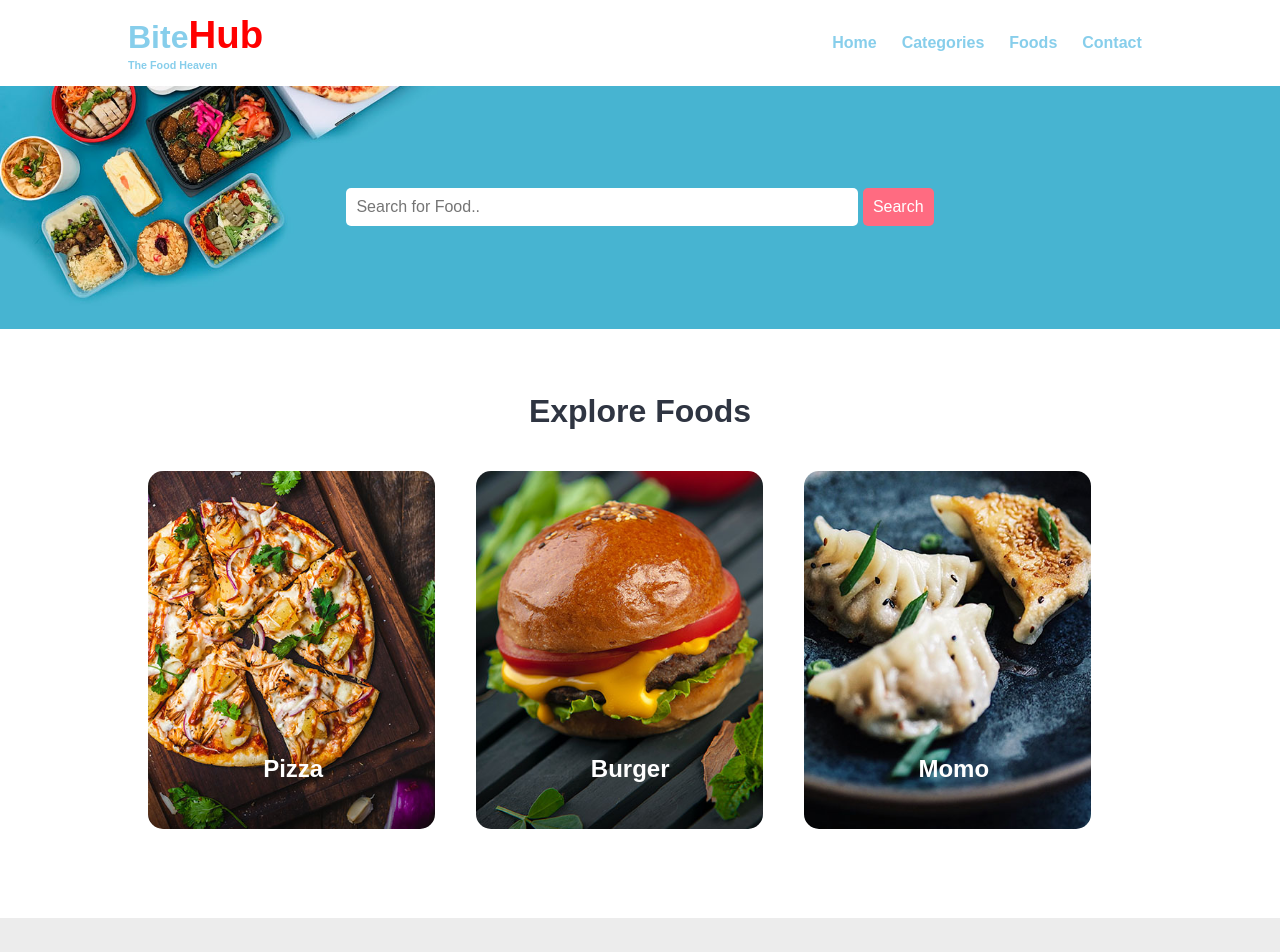
Repository: Saviour-Dagadu/food-order-front
Page: index.html
The author's editor kept a copy of each file at every save. The page is drawn from the files as they stood at one save, then again after the next save.
The browser window is 1280 px wide. The pictures show the part of the page from y = 0 to 952 px (the page is 2170 px tall).
A picture or video elsewhere on the page could not be fetched, so the positions and the page height are approximate.

Above is the page before, as saved 2024-05-16 11:22:31.

### index.html
<!DOCTYPE html>
<html lang="en">
<head>
    <meta charset="UTF-8">
    <!-- Important to make website responsive -->
    <meta name="viewport" content="width=device-width, initial-scale=1.0">
    <title>Restaurant Website</title>

    <!-- Link our CSS file -->
    <link rel="stylesheet" href="css/style.css">
</head>

<body>
    <!-- Navbar Section Starts Here -->
    <section class="navbar">
        <div class="container">
            <div class="logo">
                <a href="#" title="Logo">
                    <h2>Bite<span>Hub</span></h2><h6><span>The Food Heaven</span></h6>
                    <!-- <img src="images/logo.png" alt="Restaurant Logo" class="img-responsive"> -->
                </a>
            </div>

            <div class="menu text-right">
                <ul>
                    <li>
                        <a href="index.html">Home</a>
                    </li>
                    <li>
                        <a href="categories.html">Categories</a>
                    </li>
                    <li>
                        <a href="foods.html">Foods</a>
                    </li>
                    <li>
                        <a href="contact.html">Contact</a>
                    </li>
                </ul>
            </div>

            <div class="clearfix"></div>
        </div>
    </section>
    <!-- Navbar Section Ends Here -->

    <!-- fOOD sEARCH Section Starts Here -->
    <section class="food-search text-center">
        <div class="container">

            <form action="underConstruction.html" method="POST">
                <input type="search" name="search" placeholder="Search for Food.." required>
                <input type="submit" name="submit" value="Search" class="btn btn-primary">
            </form>

        </div>
    </section>
    <!-- fOOD sEARCH Section Ends Here -->

    <!-- CAtegories Section Starts Here -->
    <section class="categories">
        <div class="container">
            <h2 class="text-center">Explore Foods</h2>

            <a href="category-foods.html">
            <div class="box-3 float-container">
                <img src="images/pizza.jpg" alt="Pizza" class="img-responsive img-curve">

                <h3 class="float-text text-white">Pizza</h3>
            </div>
            </a>

            <a href="#">
            <div class="box-3 float-container">
                <img src="images/burger.jpg" alt="Burger" class="img-responsive img-curve">

                <h3 class="float-text text-white">Burger</h3>
            </div>
            </a>

            <a href="#">
            <div class="box-3 float-container">
                <img src="images/momo.jpg" alt="Momo" class="img-responsive img-curve">

                <h3 class="float-text text-white">Momo</h3>
            </div>
            </a>

            <div class="clearfix"></div>
        </div>
    </section>
    <!-- Categories Section Ends Here -->

    <!-- fOOD MEnu Section Starts Here -->
    <section class="food-menu">
        <div class="container">
            <h2 class="text-center">Food Menu</h2>

            <div class="food-menu-box">
                <div class="food-menu-img">
                    <img src="images/menu-pizza.jpg" alt="Chicke Hawain Pizza" class="img-responsive img-curve">
                </div>

                <div class="food-menu-desc">
                    <h4>Pizza</h4>
                    <p class="food-price">Ghc 50</p>
                    <p class="food-detail">
                        Made with Italian Sauce, Chicken, and organice vegetables.
                    </p>
                    <br>

                    <a href="order.html" class="btn btn-primary">Order Now</a>
                </div>
            </div>

            <div class="food-menu-box">
                <div class="food-menu-img">
                    <img src="images/menu-burger.jpg" alt="Chicke Hawain Pizza" class="img-responsive img-curve">
                </div>

                <div class="food-menu-desc">
                    <h4>Smoky Burger</h4>
                    <p class="food-price">Ghc 20</p>
                    <p class="food-detail">
                        Made with Italian Sauce, Chicken, and organice vegetables.
                    </p>
                    <br>

                    <a href="order.html" class="btn btn-primary">Order Now</a>
                </div>
            </div>

            <div class="food-menu-box">
                <div class="food-menu-img">
                    <img src="images/menu-burger.jpg" alt="Chicke Hawain Burger" class="img-responsive img-curve">
                </div>

                <div class="food-menu-desc">
                    <h4>Nice Burger</h4>
                    <p class="food-price">Ghc 20</p>
                    <p class="food-detail">
                        Made with Italian Sauce, Chicken, and organize vegetables.
                    </p>
                    <br>

                    <a href="order.html" class="btn btn-primary">Order Now</a>
                </div>
            </div>



            <!-- <div class="food-menu-box">
                <div class="food-menu-img">
                    <img src="images/menu-pizza.jpg" alt="Chicke Hawain Pizza" class="img-responsive img-curve">
                </div>

                <div class="food-menu-desc">
                    <h4>Food Title</h4>
                    <p class="food-price">$2.3</p>
                    <p class="food-detail">
                        Made with Italian Sauce, Chicken, and organice vegetables.
                    </p>
                    <br>

                    <a href="order.html" class="btn btn-primary">Order Now</a>
                </div>
            </div> -->

            <div class="food-menu-box">
                <div class="food-menu-img">
                    <img src="images/menu-momo.jpg" alt="Chicke Hawain Momo" class="img-responsive img-curve">
                </div>

                <div class="food-menu-desc">
                    <h4>Chicken Steam Momo</h4>
                    <p class="food-price">Ghc 50</p>
                    <p class="food-detail">
                        Made with Italian Sauce, Chicken, and organice vegetables.
                    </p>
                    <br>

                    <a href="order.html" class="btn btn-primary">Order Now</a>
                </div>
            </div>


            <div class="clearfix"></div>



        </div>

        <p class="text-center">
            <a href="#">See All Foods</a>
        </p>
    </section>
    <!-- fOOD Menu Section Ends Here -->

    <!-- social Section Starts Here -->
<section class="social">
	<div class="container text-center">
		<ul>
			<li>
				<a href="https://www.facebook.com/saviou/"><img src="https://img.icons8.com/fluent/50/000000/facebook-new.png"/></a>
			</li>
			<li>
				<a href="https://www.instagram.com/saviour_dagadu/"><img src="https://img.icons8.com/fluent/48/000000/instagram-new.png"/></a>
			</li>
			<li>
				<a href="https://twitter.com/savicode"><img src="https://img.icons8.com/fluent/48/000000/twitter.png"/></a>
			</li>
		</ul>
	</div>
</section>
<!-- social Section Ends Here -->

<!-- footer Section Starts Here -->
<section class="footer">
	<div class="container text-center">
		<p>All rights reserved. Designed By <a href="https://saviourdagadu.netlify.app/">@savicode</a></p>
	</div>
</section>
<!-- footer Section Ends Here -->

</body>
</html>

### css/style.css
/*
    Author: Vijay Thapa;
    Theme: Restaurant Food Order;
    version: 1.0;
*/

/* CSS for All */
*{
    margin: 0 0;
    padding: 0 0;
    font-family: Arial, Helvetica, sans-serif;
}
.container{
    width: 80%;
    margin: 0 auto;
    padding: 1%;
}
.img-responsive{
    width: 100%;
}
.img-curve{
    border-radius: 15px;
}

.text-right{
    text-align: right;
}
.text-center{
    text-align: center;
}
.text-left{
    text-align: left;
}
.text-white{
    color: white;
}

.clearfix{
    clear: both;
    float: none;
}

a{
    color: skyblue;
    text-decoration: none;
}
a:hover{
    color: #ff4757;
}

.btn{
    padding: 1%;
    border: none;
    font-size: 1rem;
    border-radius: 5px;
}
.btn-primary{
    background-color: #ff6b81;
    color: white;
    cursor: pointer;
}
.btn-primary:hover{
    color: white;
    background-color: #ff4757;
}
h2{
    color: #2f3542;
    font-size: 2rem;
    margin-bottom: 2%;
}
h3{
    font-size: 1.5rem;
}
.float-container{
    position: relative;
}
.float-text{
    position: absolute;
    bottom: 50px;
    left: 40%;
}
fieldset{
    border: 1px solid white;
    margin: 5%;
    padding: 3%;
    border-radius: 5px;
}


/* CSSS for navbar section */

.logo{
    width: 10%;
    float: left;
}
.logo h2{
    color: skyblue;
}
.logo h2 span{
    color: red;
    font-size: larger;
    font-weight:bolder;
}
.menu{
    line-height: 60px;
}
.menu ul{
    list-style-type: none;
}

.menu ul li{
    display: inline;
    padding: 1%;
    font-weight: bold;
}


/* CSS for Food SEarch Section */

.food-search{
    background-image: url(../images/bg.jpg);
    background-size: cover;
    background-repeat: no-repeat;
    background-position: center;
    padding: 7% 0;
}

.food-search input[type="search"]{
    width: 50%;
    padding: 1%;
    font-size: 1rem;
    border: none;
    border-radius: 5px;
}


/* CSS for Categories */
.categories{
    padding: 4% 0;
}

.box-3{
    width: 28%;
    float: left;
    margin: 2%;
}


/* CSS for Food Menu */
.food-menu{
    background-color: #ececec;
    padding: 4% 0;
}
.food-menu-box{
    width: 43%;
    margin: 1%;
    padding: 2%;
    float: left;
    background-color: white;
    border-radius: 15px;
}

.food-menu-img{
    width: 20%;
    float: left;
}

.food-menu-desc{
    width: 70%;
    float: left;
    margin-left: 8%;
}

.food-price{
    font-size: 1.2rem;
    margin: 2% 0;
}
.food-detail{
    font-size: 1rem;
    color: #747d8c;
}


/* CSS for Social */
.social ul{
    list-style-type: none;
}
.social ul li{
    display: inline;
    padding: 1%;
}

/* for Order Section */
.order{
    width: 50%;
    margin: 0 auto;
}
.input-responsive{
    width: 96%;
    padding: 1%;
    margin-bottom: 3%;
    border: none;
    border-radius: 5px;
    font-size: 1rem;
}
.order-label{
    margin-bottom: 1%;
    font-weight: bold;
}

/* Contact Section*/

#info{
    padding: 30px 0;
}

#info .container{
     display: flex;
}

#info .info{
    width: 28%;
    height: 300px;
    border-radius: 10px;
    overflow: hidden;

}

#info .info-text{
    border: 1px solid lightgray;
    padding: 10px;
}

#info .info-text h4{
    margin: 5px;
}

#info .info-text .info-text-call{
    margin-bottom: 20px;
}

#info .info-image{
margin-right: 10px;
overflow: hidden;
box-shadow: 0 0 5px #333;
transform: scale (1.04);
transition: all .4s ease-in-out;
}

#info .info-image:hover{
transform: translateY(-15px) scale(1.1);
box-shadow: 0 0 10px #333;
}
#info .info-image img{
max-width: 100%;
height: auto
}

#info .info-image:hover .info-image img{
opacity: 1;
}

       /* message Section */
#message{
    padding: 30px 0;
    background-color: lightgray;
}

#message .message-top{
    text-align: center;
    margin-bottom: 20px;
}

#message .message-top h3{
    text-transform: uppercase;
    margin: 0;
}

#message .message-top h3::after{
    content: "";
    display: block;
    width: 50px;
    height: 3px;
    background-color: gray;
    margin: 10px auto 0;
}

#message .message-bottom{
    color: black;
}

#message .message-bottom label{
    display: block;
    font-size: 17px;
    font-weight: 500;
    margin-bottom: 5px;
}

#message .message-bottom .form-group{
    margin-bottom: 10px;
}

#message .message-bottom .input{
    display: block;
    height: 40px;
    border-radius: 5px;
    border: 1px solid brown;
    padding-left: 10px;
    padding-right: 10px;
    width: 100%;
    font-size: 15px;
    font-family: 'Segoe UI', Tahoma, Geneva, Verdana, Sans-serif;
}

#message .message-bottom input,
#message .message-bottom textarea,
#message .message-bottom button{
    outline: none;
}

#message  textarea{
    width: 100%;
    height: 200px;
    border-radius: 5px;
    border: 1px solid brown;
    background-color: white;
    padding: 5px 10px;
    font: 15px 'Segoe UI', Tahoma, Geneva, Verdana, Sans-serif;
}

#message .message-bottom .btn{
    padding: 10px 20px;
    background-color: brown;
    text-transform: uppercase;
    font: 15px 'Segoe UI', Tahoma, Geneva, Verdana, Sans-serif;
    border: none;
    border-radius: 5px;
    font-weight: 500;
    color: #fff;
    cursor: pointer;
}


/* CSS for Mobile Size or Smaller Screen */

@media only screen and (max-width:768px){
    .logo{
        width: 80%;
        float: none;
        margin: 1% auto;
    }

    .menu ul{
        text-align: center;
    }

    .food-search input[type="search"]{
        width: 90%;
        padding: 2%;
        margin-bottom: 3%;
    }

    .btn{
        width: 91%;
        padding: 2%;
    }

    .food-search{
        padding: 10% 0;
    }

    .categories{
        padding: 20% 0;
    }
    h2{
        margin-bottom: 10%;
    }
    .box-3{
        width: 100%;
        margin: 4% auto;
    }

    .food-menu{
        padding: 20% 0;
    }

    .food-menu-box{
        width: 90%;
        padding: 5%;
        margin-bottom: 5%;
    }
    .social{
        padding: 5% 0;
    }
    .order{
        width: 100%;
    }
}

After the next save:
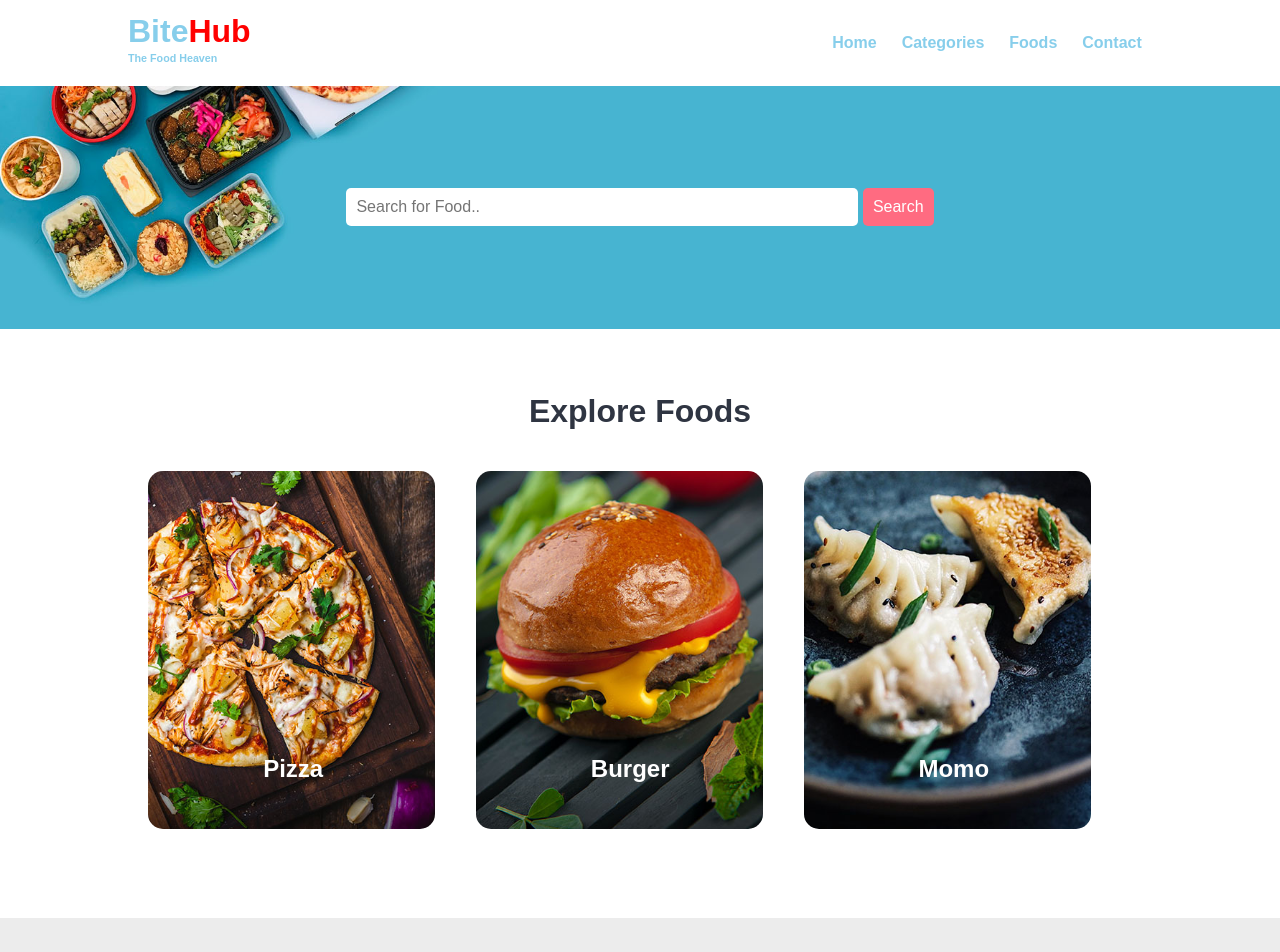
Saved 49 s later.
--- a/css/style.css
+++ b/css/style.css
@@ -98,7 +98,7 @@
 }
 .logo h2 span{
     color: red;
-    font-size: larger;
+    font-size: 900;
     font-weight:bolder;
 }
 .menu{

After the 2 saves that followed:
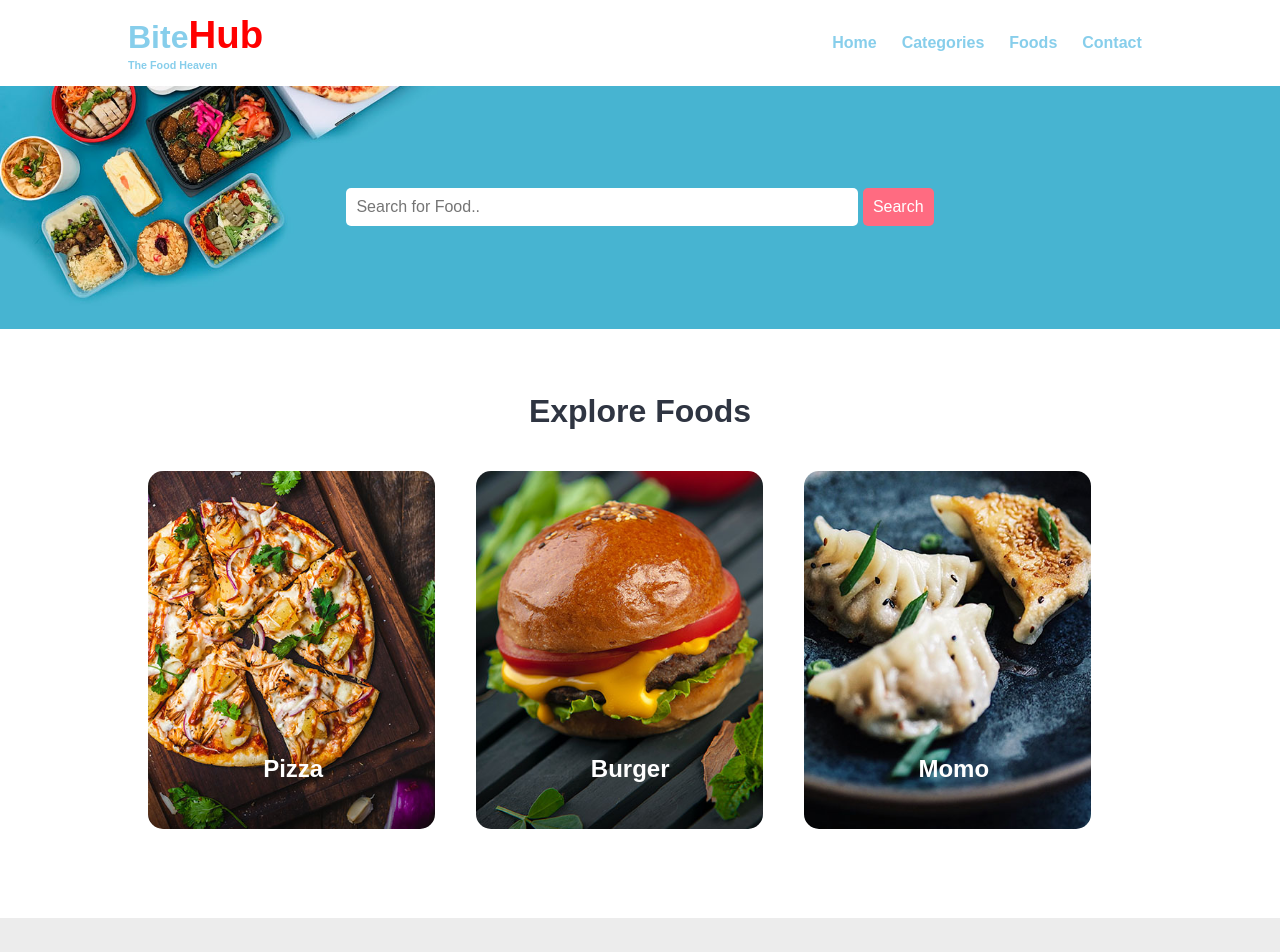
The 2 saves are shown as one change because 1 left the picture as it was.
The last was saved 53 s later.
--- a/css/style.css
+++ b/css/style.css
@@ -45,7 +45,7 @@
     text-decoration: none;
 }
 a:hover{
-    color: #ff4757;
+    color: green;
 }
 
 .btn{
@@ -98,7 +98,7 @@
 }
 .logo h2 span{
     color: red;
-    font-size: 900;
+    font-size: larger;
     font-weight:bolder;
 }
 .menu{
